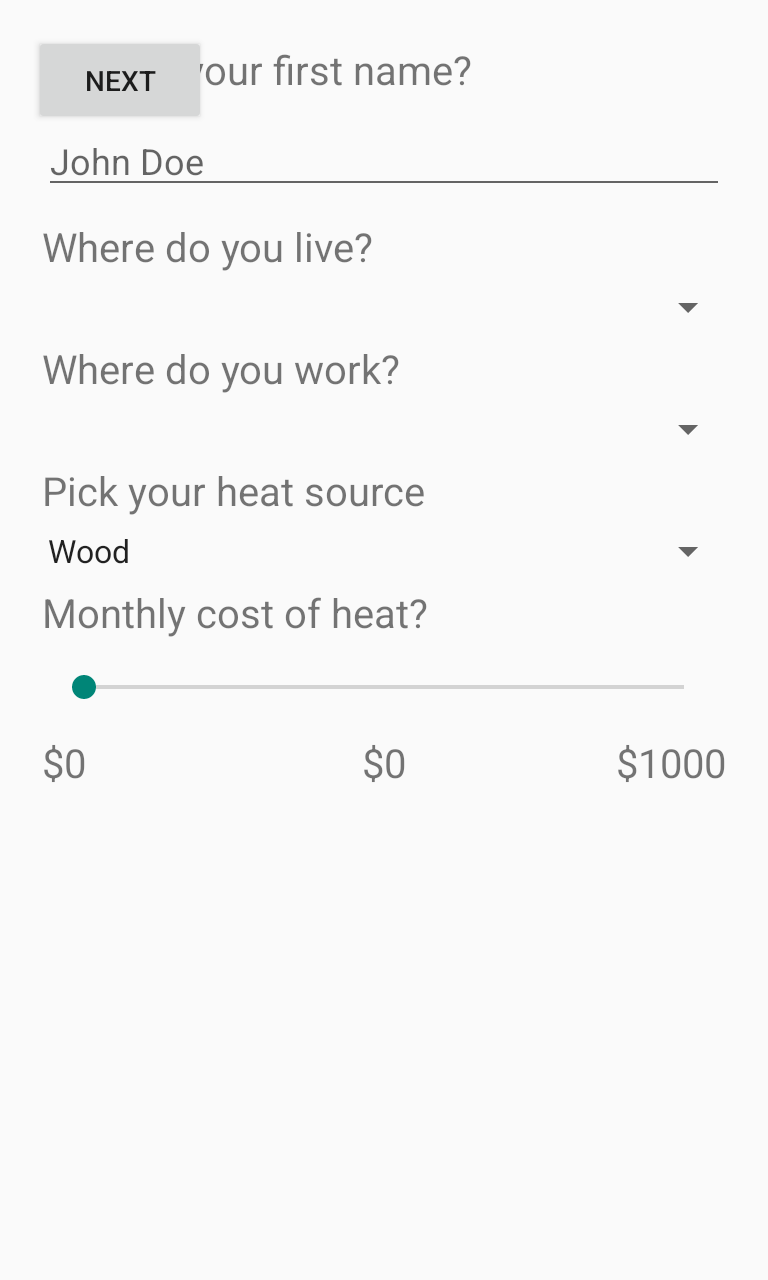
Repository: joshbarry/HackVT_2014
Layout: Android/HackVTKarma/res/layout/fragment_main.xml
These files come from the project's save history. The layout is drawn as it stood at one moment and after the next save; the edit follows.
It is drawn on a 768 x 1280 px phone screen (xhdpi) without system bars, with theme AppTheme; the app's code is not run.

Above is the layout before, as saved 2014-10-11 02:20:20.

After the next save:
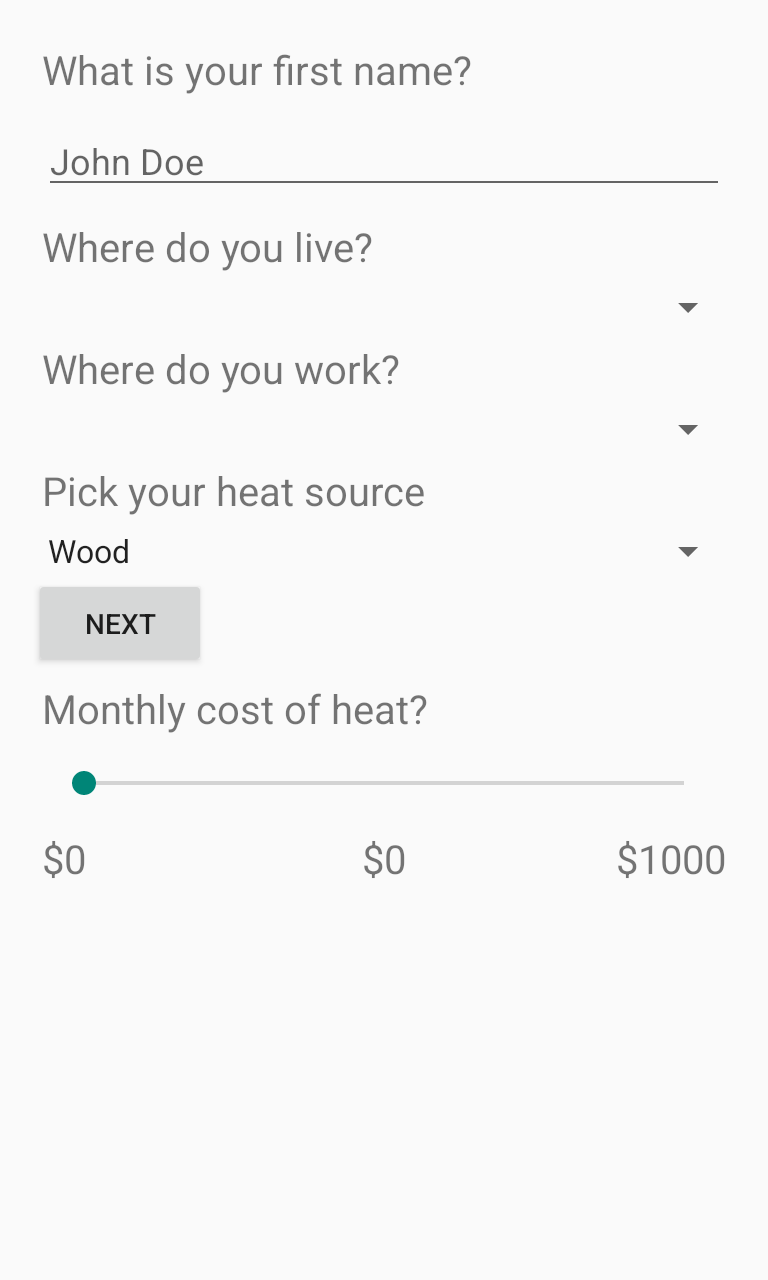
Saved 76 s later.
--- a/Android/HackVTKarma/res/layout/fragment_main.xml
+++ b/Android/HackVTKarma/res/layout/fragment_main.xml
@@ -75,6 +75,8 @@
 	    android:prompt="@string/heat_source_prompt"/>
 
    	<Button
+   	    android:id="@+id/nextButton"
+   	    android:layout_below="@+id/heatSourcePicker"
    	    android:layout_width="wrap_content"
    	    android:layout_height="wrap_content"
    	    android:aligncenter_horizontal="true"
@@ -85,7 +87,7 @@
         android:id="@+id/heatCost"
         android:textSize="20sp"
         android:layout_margin="5dp"
-        android:layout_below="@+id/heatSourcePicker"
+        android:layout_below="@+id/nextButton"
         android:layout_width="wrap_content"
         android:layout_height="wrap_content"
         android:text="@string/heat_cost" />
